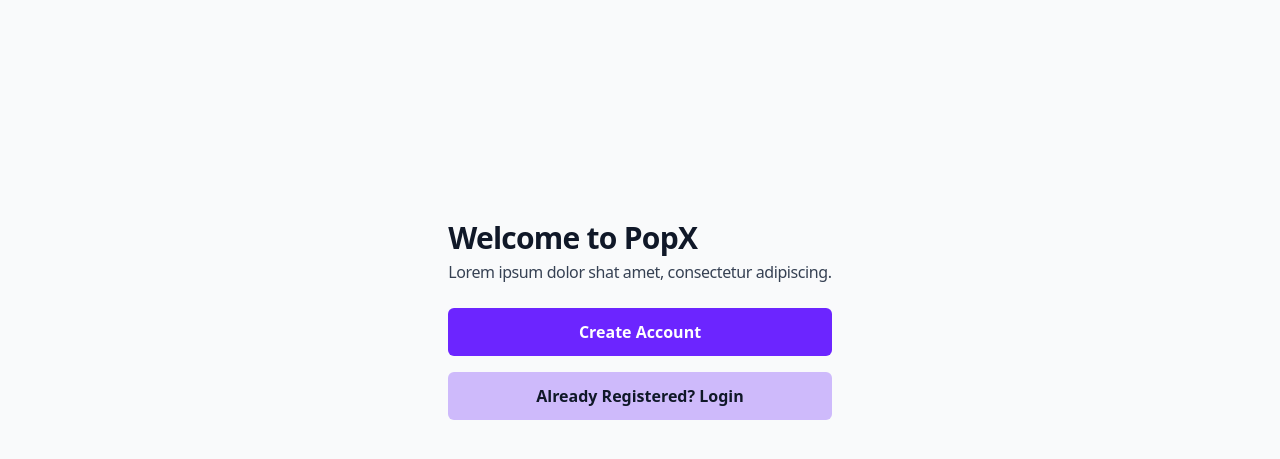
Repository: tanayburbure/inter
Page: /
The author's editor kept a copy of each file at every save. The page is drawn from the files as they stood at one save, then again after the next save.
The browser window is 1280 px wide. The pictures show the whole page.
The project was rebuilt for these pictures with package versions that can differ from the ones it lists, and the page was loaded fresh each time. Also part of the build but not shown: vite.config.js, src/pages/Login.jsx, src/pages/Signup.jsx, src/pages/Account.jsx.

Above is the page before, as saved 2025-06-17 22:56:20.

### src/index.css
@import "tailwindcss";

body {
  @font-face {
    font-family: font1;
    src: url(/minh.otf);
  }
}

### src/App.jsx
import React from "react";
import { BrowserRouter as Router, Routes, Route, useLocation, useNavigate } from "react-router-dom";
import Welcome from "./pages/Welcome";
import Login from "./pages/Login";
import Signup from "./pages/Signup";
import Account from "./pages/Account";
import { UserProvider } from "./pages/UserContex";

// BackButton Component (only hidden on Welcome page)
function BackButton() {
  const location = useLocation();
  const navigate = useNavigate();

  // Hide on Welcome page
  if (location.pathname === "/") return null;

  return (
    <button
      onClick={() => navigate(-1)}
      className="absolute top-4 left-4 px-4 py-2 bg-white border border-gray-300 rounded shadow text-sm hover:bg-gray-50"
    >
      ← Back
    </button>
  );
}

// AppContent separated to use Router hooks
function AppContent() {
  return (
    <div className="relative min-h-screen bg-gray-100 text-gray-900">
      <BackButton />
      <Routes>
        <Route path="/" element={<Welcome />} />
        <Route path="/login" element={<Login />} />
        <Route path="/signup" element={<Signup />} />
        <Route path="/account" element={<Account />} />
      </Routes>
    </div>
  );
}

export default function App() {
  return (
    <UserProvider>
      <Router>
        <AppContent />
      </Router>
    </UserProvider>
  );
}

### src/pages/Welcome.jsx
import { useNavigate } from 'react-router-dom';

export default function Welcome() {
  const navigate = useNavigate();

  return (
    <div className="min-h-screen md:items-center mg:justify-center lg:items-center lg:justify-center flex flex-col justify-end px-6 py-12 bg-gray-50">
      <div className="mb-20">
        <h1 className="text-3xl font-bold mb-1 tracking-tight">Welcome to PopX</h1>
        <p className="text-md text-gray-700 mb-6 tracking-tight">
          Lorem ipsum dolor shat amet, consectetur adipiscing.
        </p>
        <button
          onClick={() => navigate('/signup')}
          className="w-full bg-[#6C25FF] text-white py-3 rounded-md font-semibold mb-4"
        >
          Create Account
        </button>
        <button
          onClick={() => navigate('/login')}
          className="w-full bg-[#CEBAFB] py-3 rounded-md font-semibold"
        >
          Already Registered? Login
        </button>
      </div>
    </div>
  );
}

### src/pages/UserContex.jsx
import { createContext, useState, useContext } from "react";

const UserContext = createContext();

export function UserProvider({ children }) {
  const [userData, setUserData] = useState(null);
  return (
    <UserContext.Provider value={{ userData, setUserData }}>
      {children}
    </UserContext.Provider>
  );
}

export function useUser() {
  return useContext(UserContext);
}

Loaded but not shown: index.html (common file); src/main.jsx (common file)

After the next save:
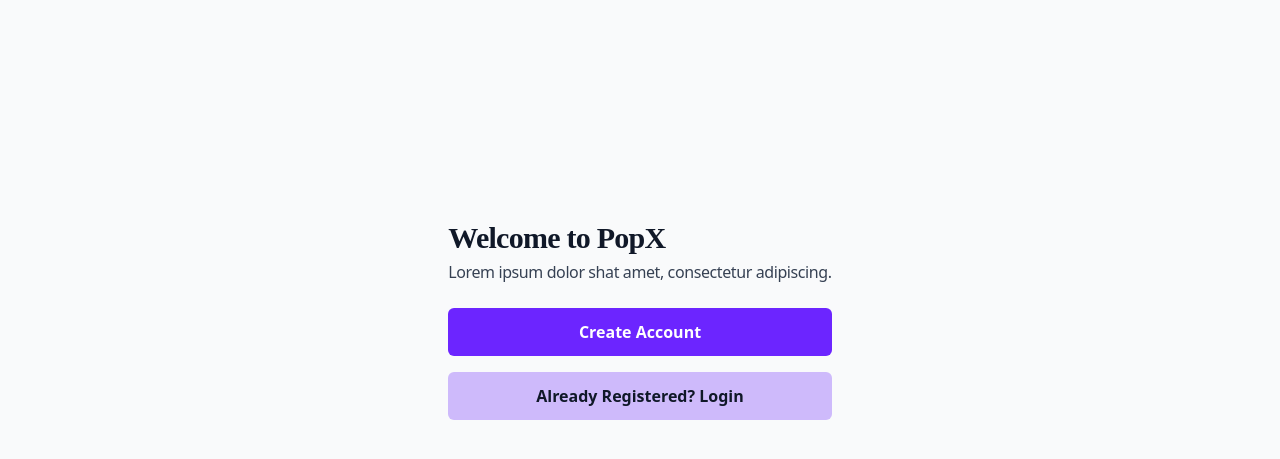
Saved 26 s later.
--- a/src/pages/Welcome.jsx
+++ b/src/pages/Welcome.jsx
@@ -6,7 +6,7 @@
   return (
     <div className="min-h-screen md:items-center mg:justify-center lg:items-center lg:justify-center flex flex-col justify-end px-6 py-12 bg-gray-50">
       <div className="mb-20">
-        <h1 className="text-3xl font-bold mb-1 tracking-tight">Welcome to PopX</h1>
+        <h1 className="text-3xl font-bold mb-1 tracking-tight font-[font1]">Welcome to PopX</h1>
         <p className="text-md text-gray-700 mb-6 tracking-tight">
           Lorem ipsum dolor shat amet, consectetur adipiscing.
         </p>

After the save that followed:
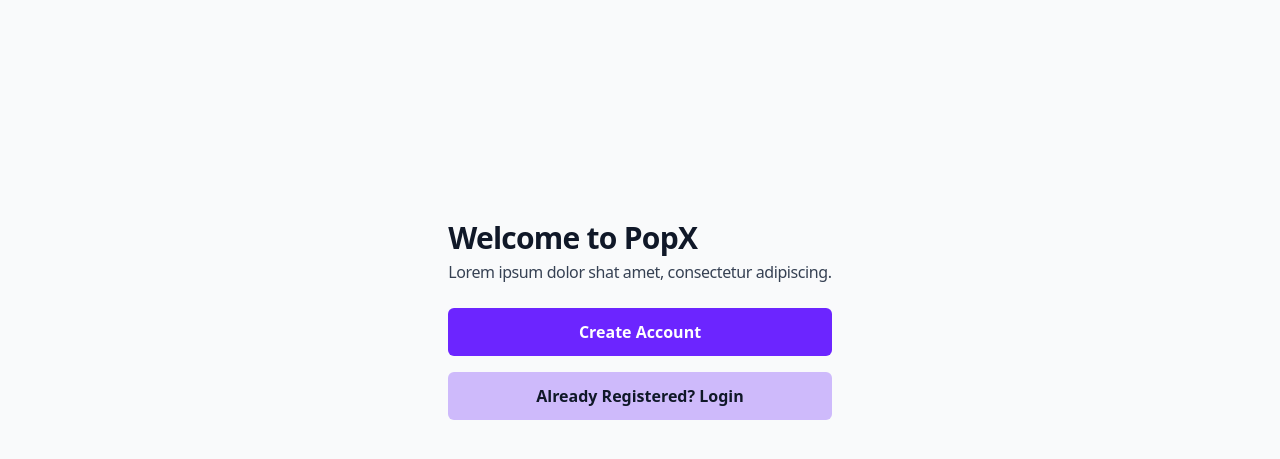
Saved 7 s later.
--- a/src/pages/Welcome.jsx
+++ b/src/pages/Welcome.jsx
@@ -6,7 +6,7 @@
   return (
     <div className="min-h-screen md:items-center mg:justify-center lg:items-center lg:justify-center flex flex-col justify-end px-6 py-12 bg-gray-50">
       <div className="mb-20">
-        <h1 className="text-3xl font-bold mb-1 tracking-tight font-[font1]">Welcome to PopX</h1>
+        <h1 className="text-3xl font-bold mb-1 tracking-tight font-[]">Welcome to PopX</h1>
         <p className="text-md text-gray-700 mb-6 tracking-tight">
           Lorem ipsum dolor shat amet, consectetur adipiscing.
         </p>
